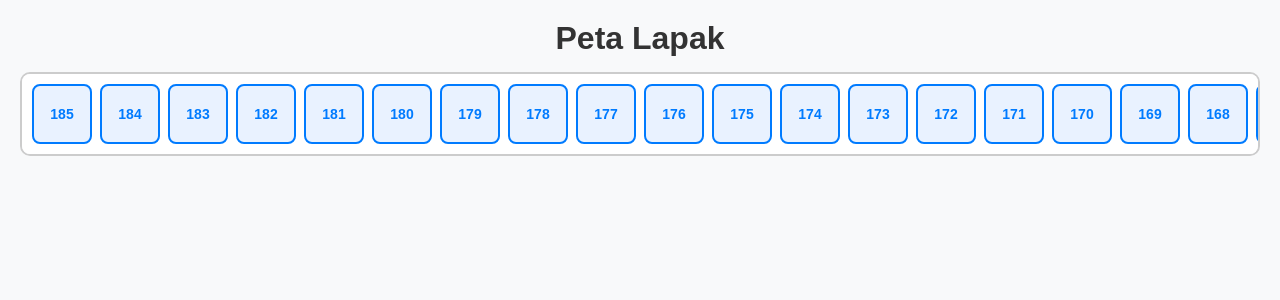
Repository: pasarrakyatbak/denah
Page: index.html
The author's editor kept a copy of each file at every save. The page is drawn from the files as they stood at one save, then again after the next save.
The browser window is 1280 px wide. The pictures show the whole page.

Above is the page before, as saved 2025-09-19 08:05:06.

### index.html
<!DOCTYPE html>
<html lang="id">

<head>
    <meta charset="UTF-8">
    <meta name="viewport" content="width=device-width, initial-scale=1.0">
    <title>Peta Lapak</title>
    <link rel="stylesheet" href="style.css">
</head>

<body>
    <h1>Peta Lapak</h1>

    <div class="scroll-container">
        <div class="road-layout">
            <!-- Sisi Kanan (Atas) -->
            <div class="side right" id="right-side"></div>

            <!-- Jalan Tengah -->
            <div class="road">JALAN</div>

            <!-- Sisi Kiri (Bawah) -->
            <div class="side left" id="left-side"></div>
        </div>
    </div>


    <script src="script.js"></script>
</body>

</html>

### style.css
/* Reset dasar */
* {
    margin: 0;
    padding: 0;
    box-sizing: border-box;
    font-family: Arial, sans-serif;
}

body {
    background: #f8f9fa;
    padding: 20px;
    text-align: center;
}

h1 {
    margin-bottom: 15px;
    color: #333;
}

/* Kontainer scroll vertikal */
.scroll-container {
    max-width: 100%;
    overflow-x: auto;
    border: 2px solid #ccc;
    border-radius: 10px;
    background: #fff;
    white-space: nowrap;
    padding: 10px;
}


/* Layout jalan */
.road-layout {
    display: flex;
    flex-direction: row;
    /* horizontal */
    align-items: flex-start;
    gap: 20px;
}


/* Kolom sisi */
.side {
    display: flex;
    flex-direction: row;
    gap: 8px;
}


/* Jalan tengah */
/* Jalan tengah (horizontal memanjang) */
.road {
    writing-mode: horizontal-tb;
    /* teks normal mendatar */
    font-weight: bold;
    background: #333;
    color: #fff;
    padding: 8px 20px;
    border-radius: 10px;
    display: flex;
    align-items: center;
    justify-content: center;
}


/* Kotak lapak */
.lapak {
    width: 60px;
    height: 60px;
    display: flex;
    align-items: center;
    justify-content: center;
    border: 2px solid #007bff;
    border-radius: 8px;
    background: #e9f2ff;
    font-size: 14px;
    font-weight: bold;
    color: #007bff;
}

.jalan-gerbang {
    width: 60px;
    height: 60px;
    background: orange;
    color: white;
    font-weight: bold;
    display: flex;
    align-items: center;
    justify-content: center;
    border-radius: 6px;
    writing-mode: horizontal-tb;
}

/* Responsif */
@media (max-width: 1024px) {
    .lapak {
        width: 50px;
        height: 50px;
        font-size: 12px;
    }
}

@media (max-width: 600px) {
    .lapak {
        width: 40px;
        height: 40px;
        font-size: 11px;
    }
}

### script.js
// Nomor lapak sisi kiri
const leftNumbers = [
    1, 2, 3, 4, 5, 6, 7, 8, 9, 10, 11,
    15, 16, 17, 18, 19, 20, 21, 22, 23, 24, 25, 26, 27, 28, 29, 30,
    31, 32, 33, 34, 35, 36, 37, 38, 39, 40, 41, 42, 43, 44, 45, 46, 47, 48, 49, 50,
    51, 52, 53, 54, 55, 56, 57, 58, 59, 60, 61, 62, 63, 64, 65, 66, 67, 68, 69, 70,
    71, 72, 73, 74, 75, 76, 77, 78, 79, 80, 81, 82, 83, 84, 85, 86, 87, 88, 89, 90,
    91, 92, 93, 94, 95, 96, 97, 98, 99, 100, 101, 102, 103, 104,
    186, 187, 188, 189, 190, 191, 192, 193
];
const leftSide = document.getElementById("left-side");

// Nomor lapak sisi kanan (tetap sama daftarnya)
const rightNumbers = [
    194, 195, 196, 197, 198, 199, 200, 201, 202, 203, 204, 205, 206, 207, 208, 209, 210, 211, 212, 213,
    105, 106, 107, 108, 109, 110, 111, 112, 113, 114, 115, 116, 117, 118, 119, 120, 121, 122, 123, 124,
    125, 126, 127, 128, 129, 130, 131, 132, 133, 134, 135, 136, 137, 138,
    214, 215, 216,
    139, 140, 141, 142, 143, 144, 145, 146, 147, 148, 149, 150, 151, 152, 153, 154, 155, 156, 157, 158, 159, 160,
    161, 162, 163, 164, 165, 166, 167, 168, 169, 170, 171, 172, 173, 174, 175, 176, 177, 178, 179, 180,
    181, 182, 183, 184, 185
];
leftNumbers.forEach(num => {
    const div = document.createElement("div");
    div.className = "lapak";
    div.textContent = num;
    leftSide.appendChild(div);

    // Tambahkan tanda jalan setelah nomor 2
    if (num === 2) {
        const jalanGerbang = document.createElement("div");
        jalanGerbang.className = "jalan-gerbang";
        jalanGerbang.textContent = "Gerbang Sekolah";
        leftSide.appendChild(jalanGerbang);
    }

    // Tambahkan tanda jalan setelah nomor 11
    if (num === 11) {
        const jalanGerbang = document.createElement("div");
        jalanGerbang.className = "jalan-gerbang";
        jalanGerbang.textContent = "Gerbang Sekolah";
        leftSide.appendChild(jalanGerbang);
    }
});
// Render sisi kanan dengan urutan dibalik
const rightSide = document.getElementById("right-side");
rightNumbers.slice().reverse().forEach(num => {
    const div = document.createElement("div");
    div.className = "lapak";
    div.textContent = num;
    rightSide.appendChild(div);
});

After the next save:
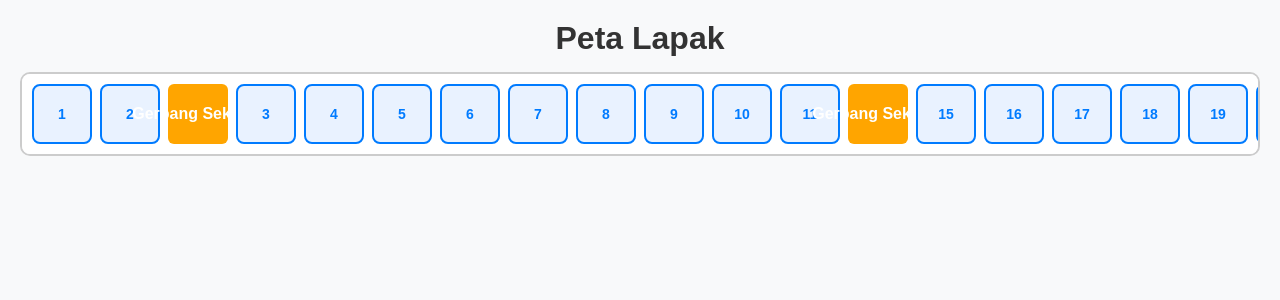
Saved 10 s later.
--- a/index.html
+++ b/index.html
@@ -13,17 +13,16 @@
 
     <div class="scroll-container">
         <div class="road-layout">
-            <!-- Sisi Kanan (Atas) -->
-            <div class="side right" id="right-side"></div>
+            <!-- Sisi Kiri -->
+            <div class="side left" id="left-side"></div>
 
             <!-- Jalan Tengah -->
             <div class="road">JALAN</div>
 
-            <!-- Sisi Kiri (Bawah) -->
-            <div class="side left" id="left-side"></div>
+            <!-- Sisi Kanan -->
+            <div class="side right" id="right-side"></div>
         </div>
     </div>
-
 
     <script src="script.js"></script>
 </body>
